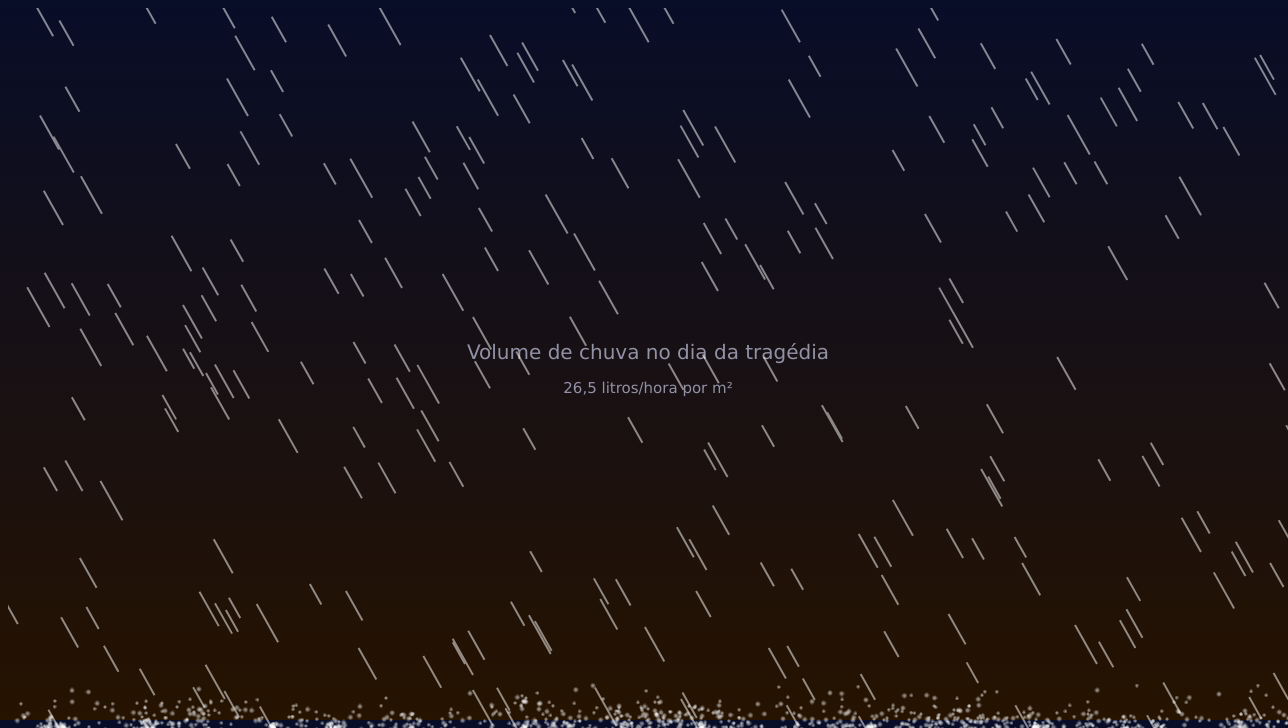
Repository: lucasthaynan/chuvas-estadao
Page: index.html
An editor plug-in stored every save of this project. The page is shown before and after the next save, followed by the edit.
The browser window is 1280 px wide. The page is 1288 px wide, so the pictures cover 1288 px, including what lies to the right of the window. The pictures show the whole page.

Above is the page before, as saved 2023-02-23 19:08:48.
Console error: ReferenceError: dat is not defined

After the next save:
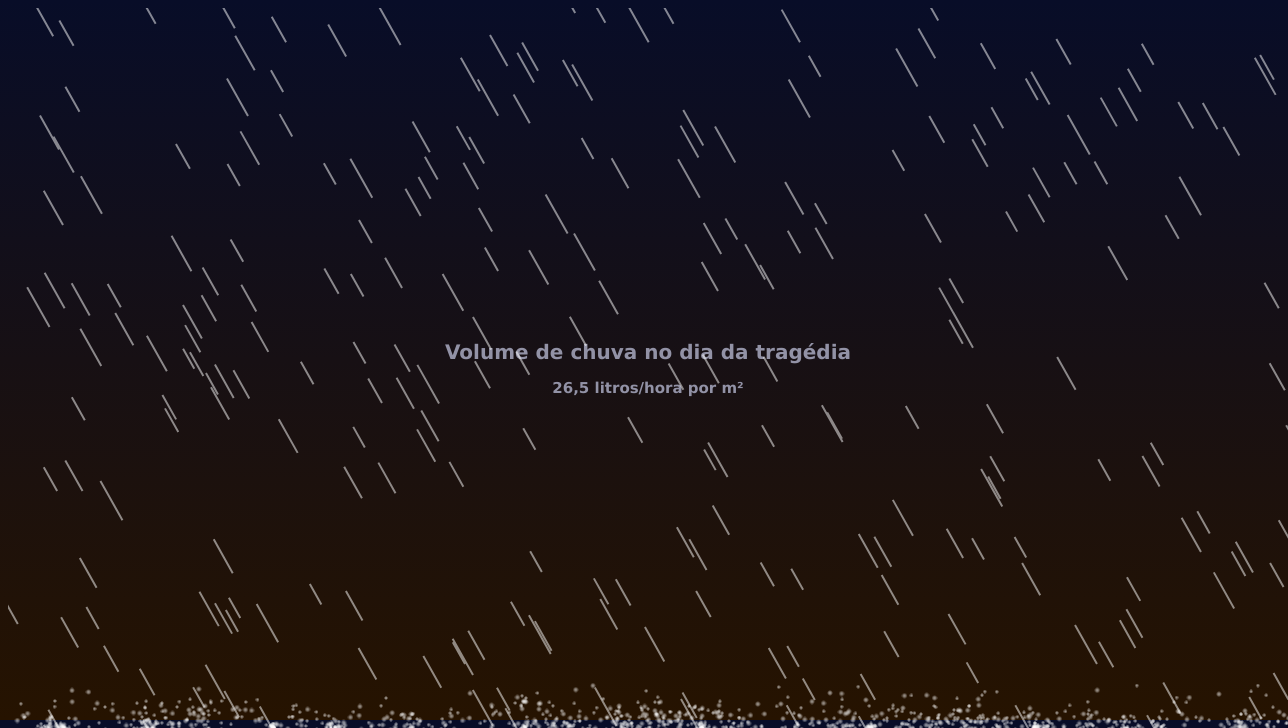
Saved 5 s later.
--- a/style.css
+++ b/style.css
@@ -38,7 +38,7 @@ background: -webkit-linear-gradient(top,  rgba(8,13,40,1) 0%,rgba(38,19,0,1) 100
 
 p {
     margin: 0;
-    font-weight: 500;
+    font-weight: 800;
     color: #9292a6;
     font-size: 20px;
     font-family:'Lucida Sans', 'Lucida Sans Regular', 'Lucida Grande', 'Lucida Sans Unicode', Geneva, Verdana, sans-serif;
